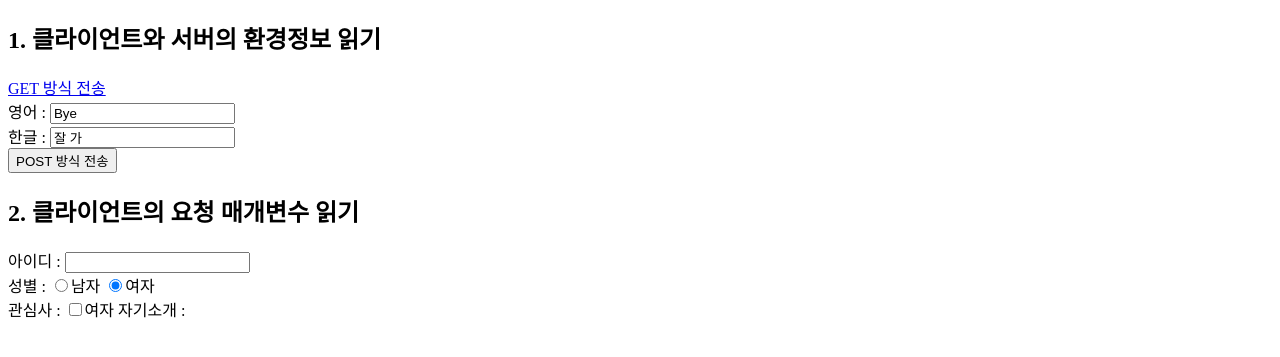
Repository: iamstudybox00/JSP_Servlet
Page: http://localhost/MustHaveJSP/02ImplicitObject/RequestMain.jsp
An editor plug-in stored every save of this project. The page is shown before and after the next save, followed by the edit.
The browser window is 1280 px wide. The pictures show the whole page.
The page is served by Tomcat 10. Other server files are loaded and not shown.

Above is the page before, as saved 2025-05-02 05:52:04.

### MustHaveJSP/src/main/webapp/02ImplicitObject/RequestMain.jsp
<%@ page language="java" contentType="text/html; charset=UTF-8"
    pageEncoding="UTF-8"%>
<!DOCTYPE html>
<html>
	<head>
	<meta charset="UTF-8">
	<title>내장객체 - request</title>
	</head>
	<body>
		<h2>1. 클라이언트와 서버의 환경정보 읽기</h2>
		<a href="./RequestWebInfo.jsp?eng=Hello&han=안녕">
			GET 방식 전송
		</a>
		<br/>
		<form action="RequestWebInfo.jsp" method="post" accept-charset="utf-8">
			영어 : <input type="text" name="eng" value="Bye" /><br/>
			한글 : <input type="text" name="han" value="잘 가" /><br/>
			<input type="submit" value="POST 방식 전송" />
		</form>

		<h2>2. 클라이언트의 요청 매개변수 읽기</h2>
		<form method="post" action="RequestParameter.jsp">
			아이디 : <input type="text" name="id" value="" /><br/>
			성별 :
			<input type="radio" name="sex" value="man" />남자
			<input type="radio" name="sex" value="woman" checked="checked" />여자
			<br/>
			관심사 :
			<input type="checkbox" name="favo" value="eco" />여자
			자기소개 :
		</form>
	</body>
</html>

After the next save:
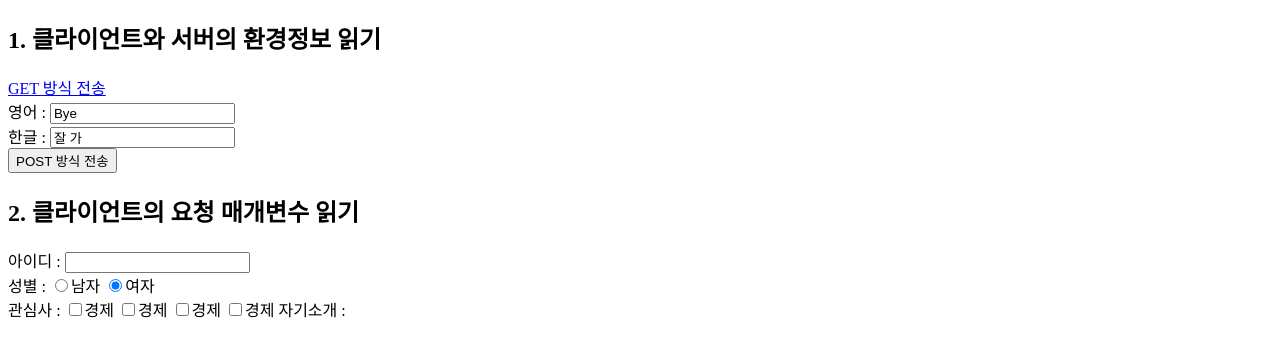
Saved 11 s later.
--- a/MustHaveJSP/src/main/webapp/02ImplicitObject/RequestMain.jsp
+++ b/MustHaveJSP/src/main/webapp/02ImplicitObject/RequestMain.jsp
@@ -26,7 +26,10 @@
 			<input type="radio" name="sex" value="woman" checked="checked" />여자
 			<br/>
 			관심사 :
-			<input type="checkbox" name="favo" value="eco" />여자
+			<input type="checkbox" name="favo" value="eco" />경제
+			<input type="checkbox" name="favo" value="eco" />경제
+			<input type="checkbox" name="favo" value="eco" />경제
+			<input type="checkbox" name="favo" value="eco" />경제
 			자기소개 :
 		</form>
 	</body>
